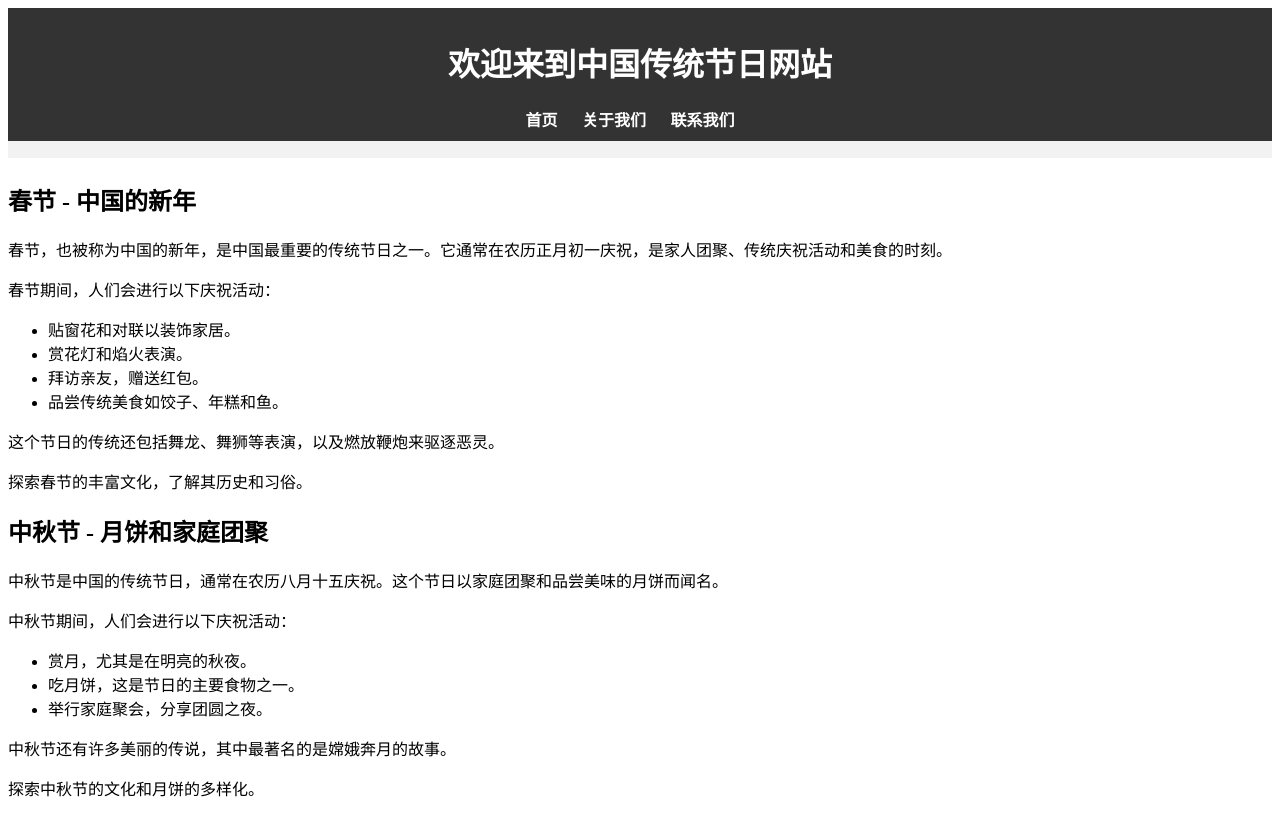
Repository: XueJie1/computer-operation-basics
Page: index.html
An editor plug-in stored every save of this project. The page is shown before and after the next save, followed by the edit.
The browser window is 1280 px wide. The pictures show the whole page.

Above is the page before, as saved 2023-08-30 14:07:45.
Console error: ReferenceError: $ is not defined

### index.html
<!DOCTYPE html>
<html lang="zh-CN">

<head>
    <meta charset="UTF-8">
    <meta name="viewport" content="width=device-width, initial-scale=1.0">
    <title>中国传统节日</title>
    <link rel="stylesheet" type="text/css" href="styles.css" />
</head>

<body>
    <div class="header"><embed src="pages/header.html"></embed></div>
    <main>
        <section id="spring-festival">
            <h2>春节 - 中国的新年</h2>
            <p>春节，也被称为中国的新年，是中国最重要的传统节日之一。它通常在农历正月初一庆祝，是家人团聚、传统庆祝活动和美食的时刻。</p>
            <p>春节期间，人们会进行以下庆祝活动：</p>
            <ul>
                <li>贴窗花和对联以装饰家居。</li>
                <li>赏花灯和焰火表演。</li>
                <li>拜访亲友，赠送红包。</li>
                <li>品尝传统美食如饺子、年糕和鱼。</li>
            </ul>
            <p>这个节日的传统还包括舞龙、舞狮等表演，以及燃放鞭炮来驱逐恶灵。</p>
            <p>探索春节的丰富文化，了解其历史和习俗。</p>
        </section>

        <section id="mid-autumn-festival">
            <h2>中秋节 - 月饼和家庭团聚</h2>
            <p>中秋节是中国的传统节日，通常在农历八月十五庆祝。这个节日以家庭团聚和品尝美味的月饼而闻名。</p>
            <p>中秋节期间，人们会进行以下庆祝活动：</p>
            <ul>
                <li>赏月，尤其是在明亮的秋夜。</li>
                <li>吃月饼，这是节日的主要食物之一。</li>
                <li>举行家庭聚会，分享团圆之夜。</li>
            </ul>
            <p>中秋节还有许多美丽的传说，其中最著名的是嫦娥奔月的故事。</p>
            <p>探索中秋节的文化和月饼的多样化。</p>
        </section>

        <!-- 添加更多节日的信息 -->

    </main>


    <div id="footer"></div>
    <script>
        $("#header").load("page/header.html");
        $("#footer").load("page/footer.html");
    </script>


</body>

</html>

### styles.css
embed {
    width: 100%;
    scrollbar-width: none;
}

### pages/header.html
<!DOCTYPE html>
<html lang="en">
<head>
    <meta charset="UTF-8">
    <meta name="viewport" content="width=device-width, initial-scale=1.0">
    <style>
        /* 添加全局样式，设置页面的基本样式 */
        body {
            font-family: Arial, sans-serif;
            margin: 0;
            padding: 0;
            background-color: #f2f2f2;
        }

        /* 样式化导航菜单 */
        header {
            background-color: #333;
            color: #fff;
            padding: 10px 0;
        }

        h1 {
            text-align: center;
        }

        nav ul {
            list-style-type: none;
            margin: 0;
            padding: 0;
            text-align: center;
        }

        nav ul li {
            display: inline;
            margin-right: 20px;
        }

        nav ul li a {
            text-decoration: none;
            color: #fff;
            font-weight: bold;
            font-size: 16px;
        }

        nav ul li a:hover {
            color: #ff9900; /* 鼠标悬停时的颜色 */
        }
    </style>
</head>
<body>
    <header>
        <h1>欢迎来到中国传统节日网站</h1>
        <!-- 这里放置你的网站导航菜单、标志等内容 -->
        <nav>
            <ul>
                <li><a href="#">首页</a></li>
                <li><a href="about.html">关于我们</a></li>
                <li><a href="contact.html">联系我们</a></li>
                <!-- 添加其他页面链接 -->
            </ul>
        </nav>
        </header>
</body>
</html>

After the next save:
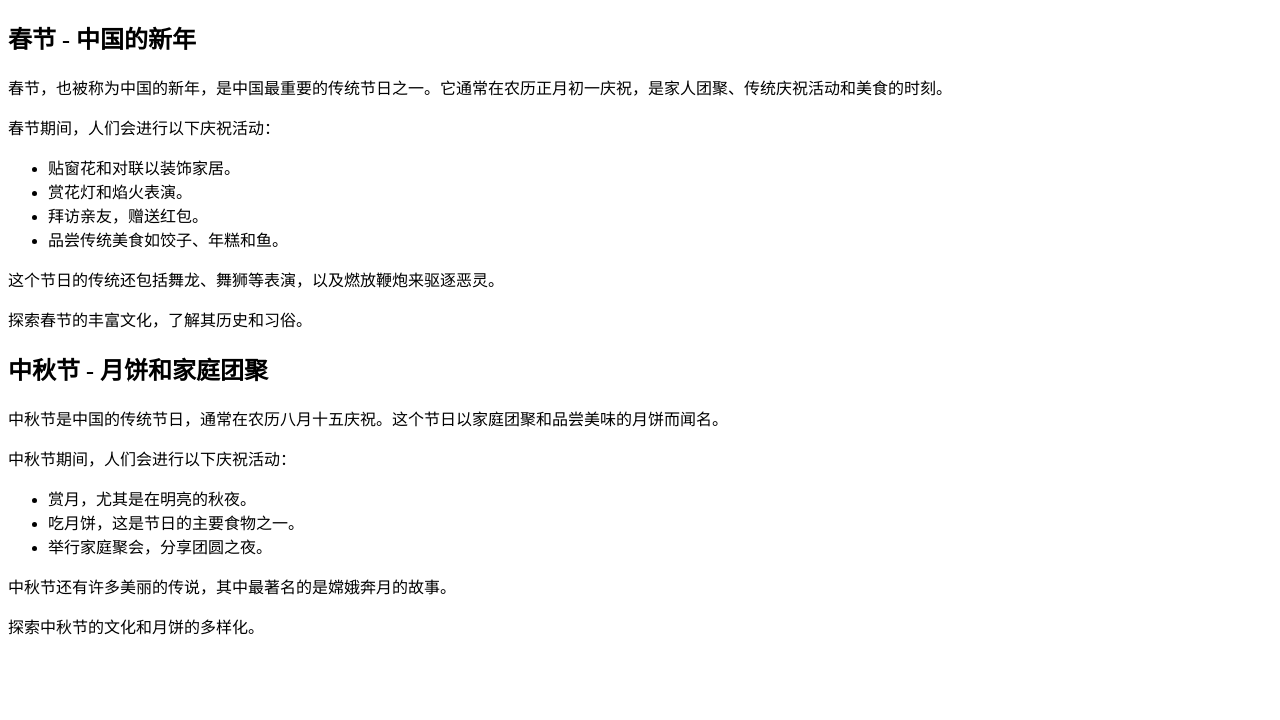
Saved 14 s later.
--- a/index.html
+++ b/index.html
@@ -9,7 +9,7 @@
 </head>
 
 <body>
-    <div class="header"><embed src="pages/header.html"></embed></div>
+    <div id="header"></div>
     <main>
         <section id="spring-festival">
             <h2>春节 - 中国的新年</h2>
@@ -44,6 +44,7 @@
 
 
     <div id="footer"></div>
+
     <script>
         $("#header").load("page/header.html");
         $("#footer").load("page/footer.html");
